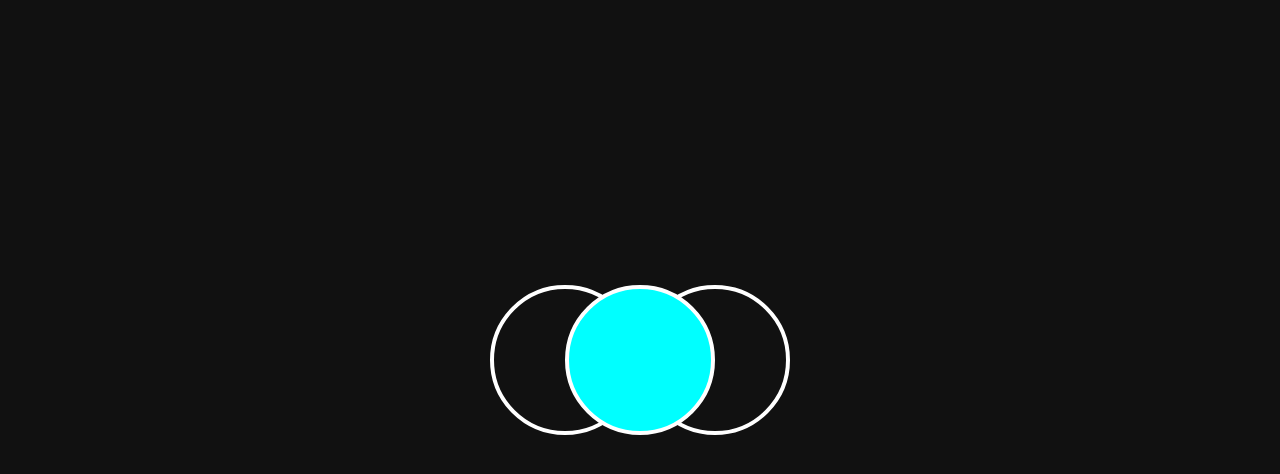
Repository: kiranjeetkaur01/csseffect.github.io
Page: index.html
An editor plug-in stored every save of this project. The page is shown before and after the next save, followed by the edit.
The browser window is 1280 px wide. The pictures show the whole page.

Above is the page before, as saved 2023-09-08 11:35:28.

### index.html
<!DOCTYPE html>
<html lang="en">
<head>
    <meta charset="UTF-8">
    <meta name="viewport" content="width=device-width, initial-scale=1.0">
    <title>CSS Animation Effets</title>
    <link rel="stylesheet" href="style.css">
</head>
<body>
    <div class="container">
        <div class="ring">

        </div>
        <div class="ring">

        </div>
        <div class="ring">

        </div>
    </div>
</body>
</html>

### style.css
*{
    margin: 0;
    padding: 0;
    box-sizing: border-box;
}

body,html{
    display: flex;
    align-items: center;
    justify-content: center;
    min-height: 100vh;
    background: #111;
}
.container{
    position: relative;
    width: 100%;
    display: flex;
    align-items: center;
    justify-content: center;
}
.container .ring{
    position: relative;
    width: 150px;
    height: 150px;
    border: 4px solid #fff;
    border-radius: 50%;
}
.container .ring:nth-child(3){
    position: absolute;
    /* top: -66.6px; */
    background-color: aqua;
}

After the next save:
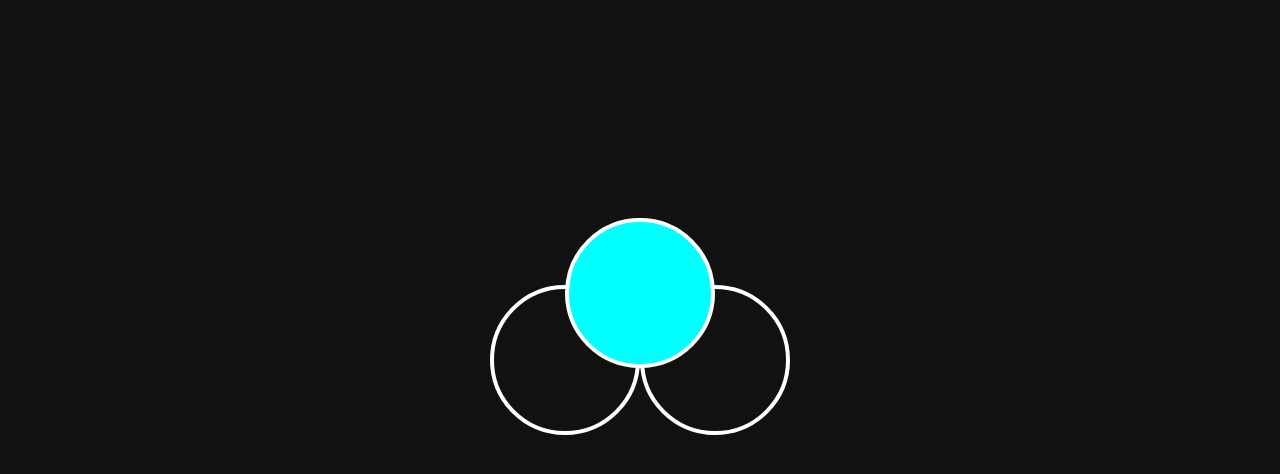
Saved 11 s later.
--- a/style.css
+++ b/style.css
@@ -27,6 +27,6 @@
 }
 .container .ring:nth-child(3){
     position: absolute;
-    /* top: -66.6px; */
+    top: -66.6px;
     background-color: aqua;
 }
